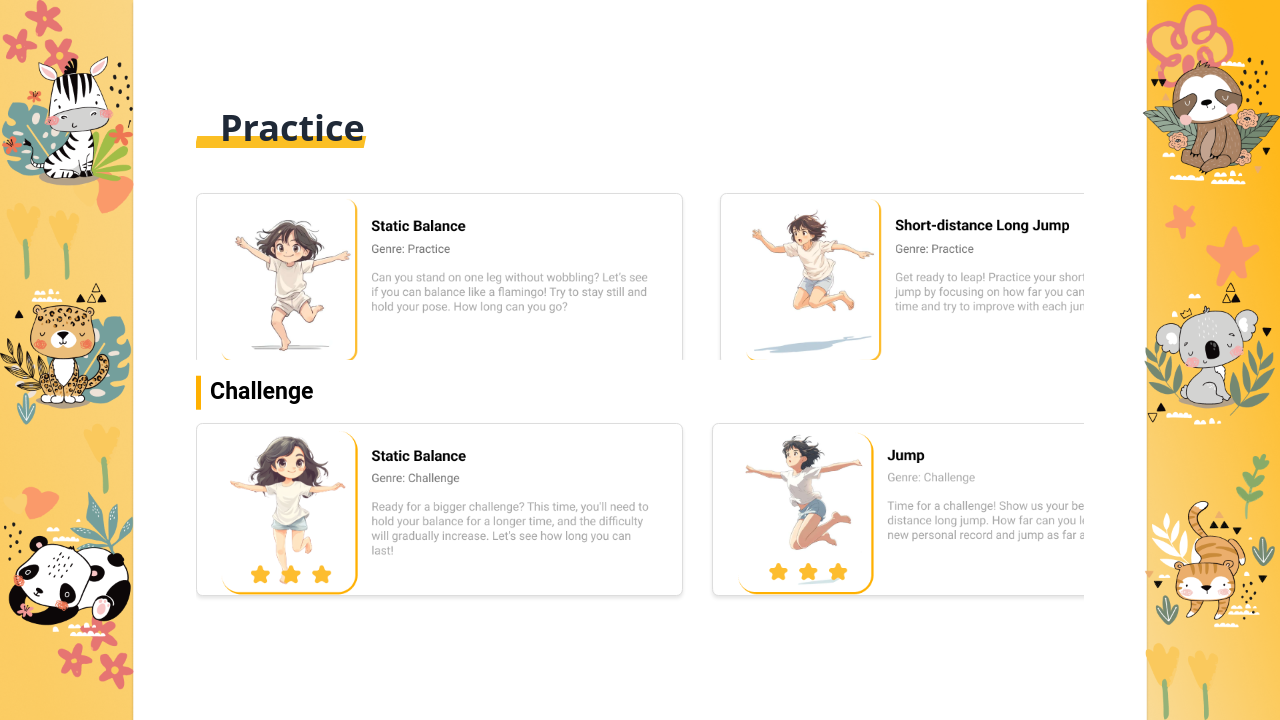
Repository: Jayhawk2000/AR_Game_DCD_Children
Page: homepage.html
The author's editor kept a copy of each file at every save. The page is drawn from the files as they stood at one save, then again after the next save.
The browser window is 1280 px wide. The pictures show the whole page.

Above is the page before, as saved 2024-10-16 13:22:37.

### homepage.html
<!DOCTYPE html>
<html lang="en">
<head>
<meta charset="UTF-8">
<meta name="viewport" content="width=device-width, initial-scale=1.0">
<title>Homepage</title>
<link href="https://cdn.jsdelivr.net/npm/tailwindcss@2.2.19/dist/tailwind.min.css" rel="stylesheet">
<style>
    body, html {
        margin: 0;
        padding: 0;
        width: 100vw;
        height: 100vh; /* Full height of the viewport */
        overflow: hidden;
    }

    .background {
        background-image: url('img/homepage.png');
        background-size: 100vw 100vh;
        background-repeat: no-repeat;
        background-position: center center;
        background-attachment: fixed;
        height: 100vh;
        display: flex;
        justify-content: center;
        align-items: center;
    }

    .content {
        width: 75vw;
        height: 100%;
        background-color: white;
        display: flex;
        flex-direction: column;
        padding: 5vh;
    }

    .section {
        flex: 1;
        overflow: hidden;
        position: relative;
        height: 50vh;
    }


    .title {
        text-align: left;
        font-size: 1.8vw; /* Adjusted to viewport width */
        margin-top: 1.2vw; /* 20px to vw based on 1920px width */
        font-family: 'Roboto', sans-serif;
        position: relative;
        padding-left: 1.1vw; /* 20px to vw based on 1920px width */
    }

    .title::before {
        content: "";
        position: absolute;
        left: 0;
        top: 50%;
        transform: translateY(-50%);
        height: 100%;
        width: 0.4vw; /* 8px to vw based on 1920px width */
        background-color: #FFB000;
    }

    .card-slider {
        display: flex;
        overflow-x: auto;
        scroll-snap-type: x mandatory;
        padding: 1.04vw; /* 20px to vw */
        gap: 1.04vw; /* 20px to vw */
    }
    .card {
        flex: 0 0 auto;
        width: 38vw;
        height: 24vh;
        background-color: #f9f9f9;
        border: 0.1vw solid #ddd;
        padding: 1vw;

        scroll-snap-align: start;
        border-radius: 0.5vw;
        box-shadow: 0 0.2vw 0.3vw rgba(0,0,0,0.1);
        background-size: cover;
        background-position: center;
        cursor: pointer;
        transition: box-shadow 0.3s ease;
    }
    .card img {
    width: calc(100% - 4vw); /* 图片宽度为容器宽度减去两边留白 */
    height: auto; /* 高度自适应以保持图像比例 */
}
    .card:hover {
        box-shadow: 0 0.31vw 0.63vw rgba(0,0,0,0.3);
    }

    /* 隐藏滚动条但保持滚动功能 */
    .scrollbar-hide::-webkit-scrollbar {
        display: none;
    }
    .scrollbar-hide {
        -ms-overflow-style: none;
        scrollbar-width: none;
    }

    html {
        scroll-behavior: smooth;
    }

    /* 美化滚动条 */
    .card-slider::-webkit-scrollbar {
        height: 8px;
    }
    .card-slider::-webkit-scrollbar-track {
        background: #f1f1f1;
        border-radius: 4px;
    }
    .card-slider::-webkit-scrollbar-thumb {
        background: #FFB000;
        border-radius: 4px;
        transition: background-color 0.3s ease;
    }
    .card-slider::-webkit-scrollbar-thumb:hover {
        background: #e09e00;
    }
</style>
</head>
<body>

<div class="background">
    <div class="content">
        <div class="section">
            <br><br><br>
            <h2 class="text-4xl font-bold text-gray-800 mb-8 relative pl-6 inline-block">
                <span class="relative z-10">Practice</span>
                <span class="absolute left-0 bottom-0 w-full h-3 bg-yellow-400 transform -skew-x-12"></span>
            </h2>
            <div class="card-slider overflow-x-auto snap-x snap-mandatory flex space-x-6 p-4">
                <a href="prac_bal.html" class="card flex-none w-96 h-64 bg-cover bg-center rounded-xl shadow-lg hover:shadow-2xl transition-shadow duration-300 relative overflow-hidden group" style="background-image: url('img/balance_practice.png');">
                    <div class="absolute inset-0 bg-gradient-to-t from-black to-transparent opacity-0 group-hover:opacity-100 transition-opacity duration-300 flex flex-col justify-end p-6">
                        <h3 class="text-white text-2xl font-bold mb-2">Balance Practice</h3>
                        <p class="text-white text-sm">Improve your balance skills</p>
                    </div>
                </a>
                <a href="prac_jump.html" class="card flex-none w-96 h-64 bg-cover bg-center rounded-xl shadow-lg hover:shadow-2xl transition-shadow duration-300 relative overflow-hidden group" style="background-image: url('img/jump_practice.png');">
                    <div class="absolute inset-0 bg-gradient-to-t from-black to-transparent opacity-0 group-hover:opacity-100 transition-opacity duration-300 flex flex-col justify-end p-6">
                        <h3 class="text-white text-2xl font-bold mb-2">Jump Practice</h3>
                        <p class="text-white text-sm">Enhance your jumping technique</p>
                    </div>
                </a>
                <a href="prac_throw.html" class="card flex-none w-96 h-64 bg-cover bg-center rounded-xl shadow-lg hover:shadow-2xl transition-shadow duration-300 relative overflow-hidden group" style="background-image: url('img/throw_practice.png');">
                    <div class="absolute inset-0 bg-gradient-to-t from-black to-transparent opacity-0 group-hover:opacity-100 transition-opacity duration-300 flex flex-col justify-end p-6">
                        <h3 class="text-white text-2xl font-bold mb-2">Throw Practice</h3>
                        <p class="text-white text-sm">Perfect your throwing skills</p>
                    </div>
                </a>
            </div>
        </div>
        <div class="section">
            <div class="title"><b>Challenge</b></div>
            <div class="card-slider overflow-x-auto snap-x snap-mandatory flex space-x-4 p-4">
                <a href="cha_bal.html" class="card flex-none w-96 h-64 bg-cover bg-center rounded-xl shadow-lg hover:shadow-2xl transition-shadow duration-300 relative overflow-hidden group" style="background-image: url('img/balance_challenge.png');">
                    <div class="absolute inset-0 bg-gradient-to-t from-black to-transparent opacity-0 group-hover:opacity-100 transition-opacity duration-300 flex flex-col justify-end p-6">
                        <h3 class="text-white text-2xl font-bold mb-2">Balance Challenge</h3>
                        <p class="text-white text-sm">Test your balance skills</p>
                    </div>
                </a>
                <a href="cha_jump.html" class="card flex-none w-96 h-64 bg-cover bg-center rounded-xl shadow-lg hover:shadow-2xl transition-shadow duration-300 relative overflow-hidden group" style="background-image: url('img/jump_challenge.png');">
                    <div class="absolute inset-0 bg-gradient-to-t from-black to-transparent opacity-0 group-hover:opacity-100 transition-opacity duration-300 flex flex-col justify-end p-6">
                        <h3 class="text-white text-2xl font-bold mb-2">Jump Challenge</h3>
                        <p class="text-white text-sm">Push your jumping limits</p>
                    </div>
                </a>
                <a href="cha_throw.html" class="card flex-none w-96 h-64 bg-cover bg-center rounded-xl shadow-lg hover:shadow-2xl transition-shadow duration-300 relative overflow-hidden group" style="background-image: url('img/throw_challenge.png');">
                    <div class="absolute inset-0 bg-gradient-to-t from-black to-transparent opacity-0 group-hover:opacity-100 transition-opacity duration-300 flex flex-col justify-end p-6">
                        <h3 class="text-white text-2xl font-bold mb-2">Throw Challenge</h3>
                        <p class="text-white text-sm">Challenge your throwing accuracy</p>
                    </div>
                </a>
            </div>
        </div>
    </div>
</div>

</body>
</html>

After the next save:
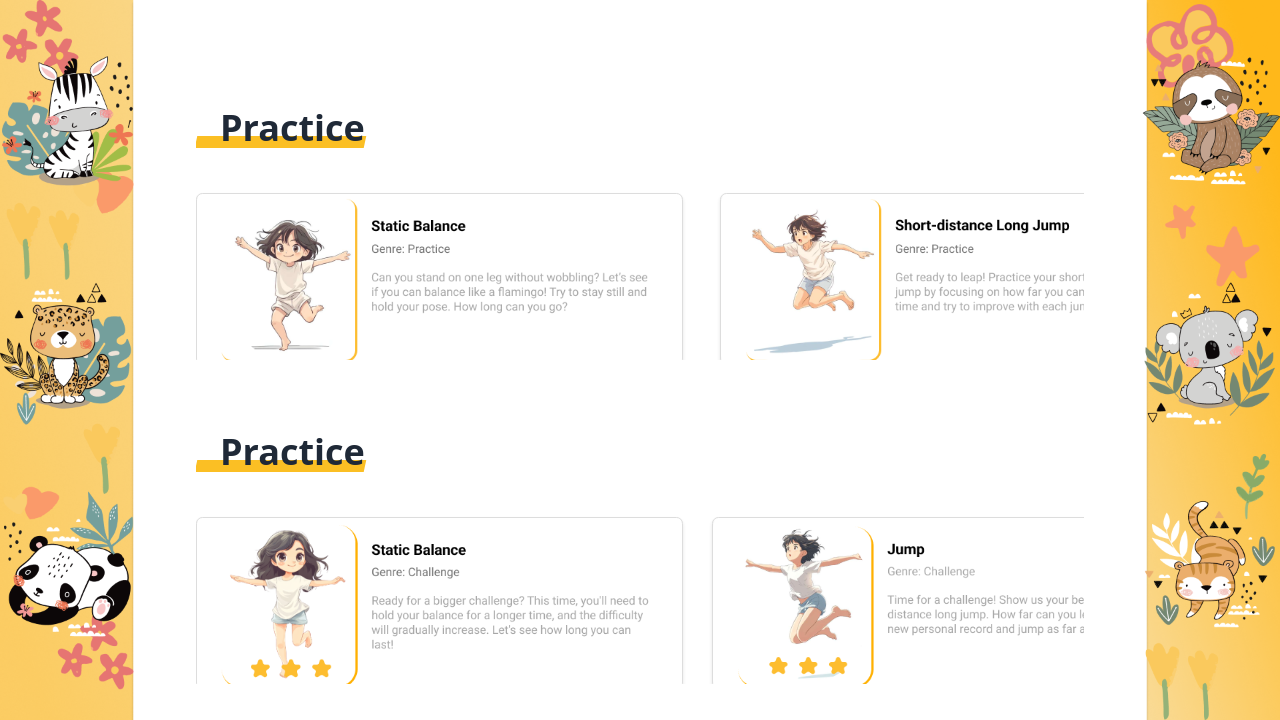
Saved 25 s later.
--- a/homepage.html
+++ b/homepage.html
@@ -157,7 +157,11 @@
             </div>
         </div>
         <div class="section">
-            <div class="title"><b>Challenge</b></div>
+            <br><br><br>
+            <h2 class="text-4xl font-bold text-gray-800 mb-8 relative pl-6 inline-block">
+                <span class="relative z-10">Practice</span>
+                <span class="absolute left-0 bottom-0 w-full h-3 bg-yellow-400 transform -skew-x-12"></span>
+            </h2>
             <div class="card-slider overflow-x-auto snap-x snap-mandatory flex space-x-4 p-4">
                 <a href="cha_bal.html" class="card flex-none w-96 h-64 bg-cover bg-center rounded-xl shadow-lg hover:shadow-2xl transition-shadow duration-300 relative overflow-hidden group" style="background-image: url('img/balance_challenge.png');">
                     <div class="absolute inset-0 bg-gradient-to-t from-black to-transparent opacity-0 group-hover:opacity-100 transition-opacity duration-300 flex flex-col justify-end p-6">
